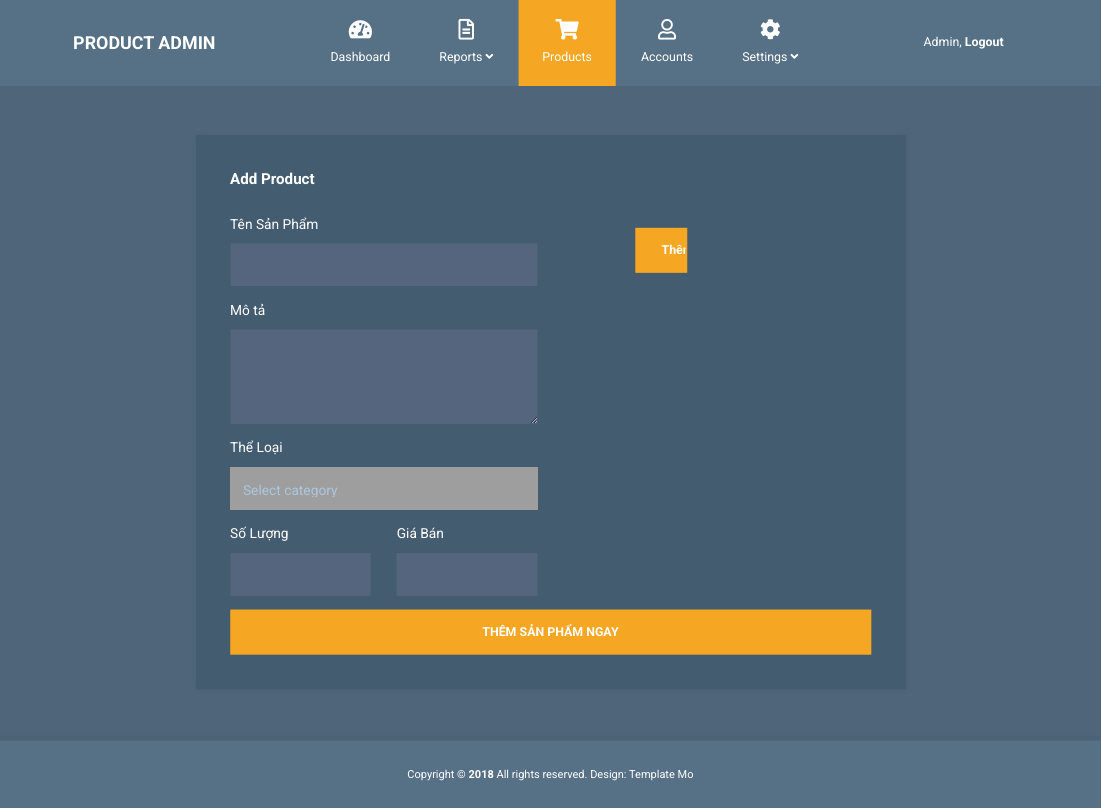
Repository: TruongNguyen0512/Bookhabor-ecommere-web
Page: http://localhost/bookHabor/add-product.jsp
The author's editor kept a copy of each file at every save. The page is drawn from the files as they stood at one save, then again after the next save.
The browser window is 1280 px wide. The pictures show the whole page, at 86% of full size.
Pictures or frames that could not be fetched are drawn as grey boxes. The page is served by Tomcat 9. Nobody is signed in. The application's start-up code is not run.

Above is the page before, as saved 2023-12-08 17:47:26.

After the next save:
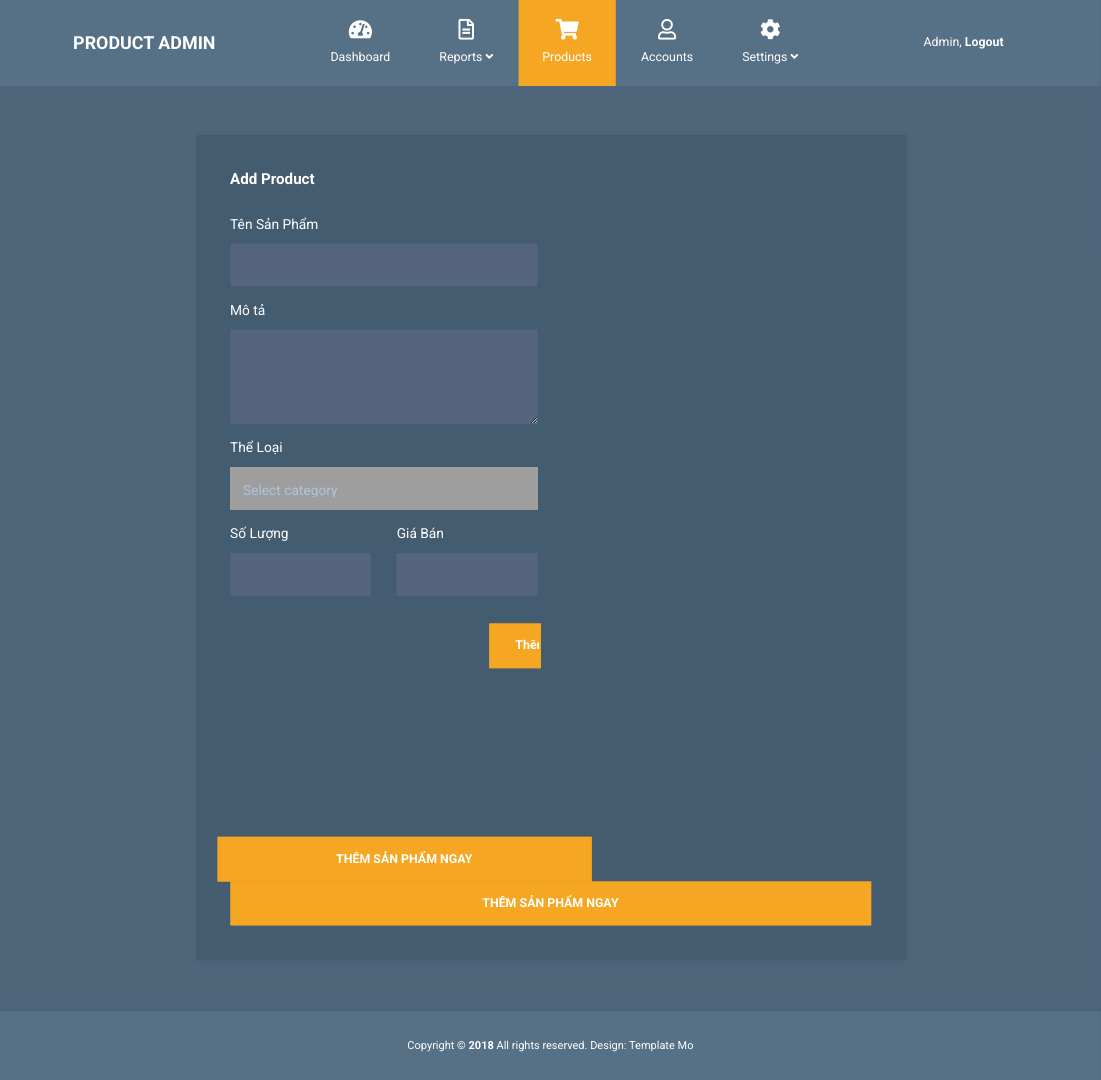
Saved 7 min 35 s later.
--- a/bookHabor/src/main/webapp/add-product.jsp
+++ b/bookHabor/src/main/webapp/add-product.jsp
@@ -129,38 +129,50 @@
 									</div>
 								</div>
 						</div>
-						<div class="row">
-							<div class="col-xl-4 col-lg-4 col-md-4 mx-auto mb-4">
-								<div class="tm-product-img-dummy mx-auto">
-									<img id="uploadedImage1" src="" alt="Uploaded Image 1"
-										style="display: none; max-width: 100%; height: auto;">
-								</div>
-								<input id="fileInput1" name="fileInput1" type="file"
-									style="display: none;" onchange="previewImage(event, 1)">
-							</div>
-							<div class="col-xl-4 col-lg-4 col-md-4 mx-auto mb-4">
-								<div class="tm-product-img-dummy mx-auto">
-									<img id="uploadedImage2" src="" alt="Uploaded Image 2"
-										style="display: none; max-width: 100%; height: auto;">
-								</div>
-								<input id="fileInput2" name="fileInput2" type="file"
-									style="display: none;" onchange="previewImage(event, 2)">
-							</div>
-							<div class="col-xl-4 col-lg-4 col-md-4 mx-auto mb-4">
-								<div class="tm-product-img-dummy mx-auto">
-									<img id="uploadedImage3" src="" alt="Uploaded Image 3"
-										style="display: none; max-width: 100%; height: auto;">
-								</div>
-								<input id="fileInput3" name="fileInput3" type="file"
-									style="display: none;" onchange="previewImage(event, 3)">
-							</div>
-						</div>
-						<div class="row">
-							<div class="col-xl-6 col-lg-6 col-md-12 mx-auto mb-4">
-								<div class="custom-file mt-3 mb-3">
-									<input type="button" class="btn btn-primary btn-block mx-auto"
-										value="Thêm Ảnh" onclick="openFileInput()">
-								</div>
+						<div class="row tm-edit-product-row">
+							<div class="col-xl-6 col-lg-6 col-md-12">
+								<form action="" class="tm-edit-product-form" method="POST">
+									<!-- Thêm các input cho tên sản phẩm, mô tả, thể loại, số lượng, giá bán ở đây -->
+								</form>
+							</div>
+							<div class="row">
+								<div class="col-xl-4 col-lg-4 col-md-4 mx-auto mb-4">
+									<div class="tm-product-img-dummy mx-auto">
+										<img id="uploadedImage1" src="" alt="Uploaded Image 1"
+											style="display: none; max-width: 100%; height: auto;">
+									</div>
+									<input id="fileInput1" name="fileInput1" type="file"
+										style="display: none;" onchange="previewImage(event, 1)">
+								</div>
+								<div class="col-xl-4 col-lg-4 col-md-4 mx-auto mb-4">
+									<div class="tm-product-img-dummy mx-auto">
+										<img id="uploadedImage2" src="" alt="Uploaded Image 2"
+											style="display: none; max-width: 100%; height: auto;">
+									</div>
+									<input id="fileInput2" name="fileInput2" type="file"
+										style="display: none;" onchange="previewImage(event, 2)">
+								</div>
+								<div class="col-xl-4 col-lg-4 col-md-4 mx-auto mb-4">
+									<div class="tm-product-img-dummy mx-auto">
+										<img id="uploadedImage3" src="" alt="Uploaded Image 3"
+											style="display: none; max-width: 100%; height: auto;">
+									</div>
+									<input id="fileInput3" name="fileInput3" type="file"
+										style="display: none;" onchange="previewImage(event, 3)">
+								</div>
+							</div>
+							<div class="row">
+								<div class="col-xl-6 col-lg-6 col-md-12 mx-auto mb-4">
+									<div class="custom-file mt-3 mb-3">
+										<input type="button" class="btn btn-primary btn-block mx-auto"
+											value="Thêm Ảnh" onclick="openFileInput()">
+									</div>
+								</div>
+							</div>
+							<div class="col-12">
+								<button type="submit"
+									class="btn btn-primary btn-block text-uppercase"
+									value="themSanPham">Thêm Sản Phẩm Ngay</button>
 							</div>
 						</div>
 						<div class="col-12">
